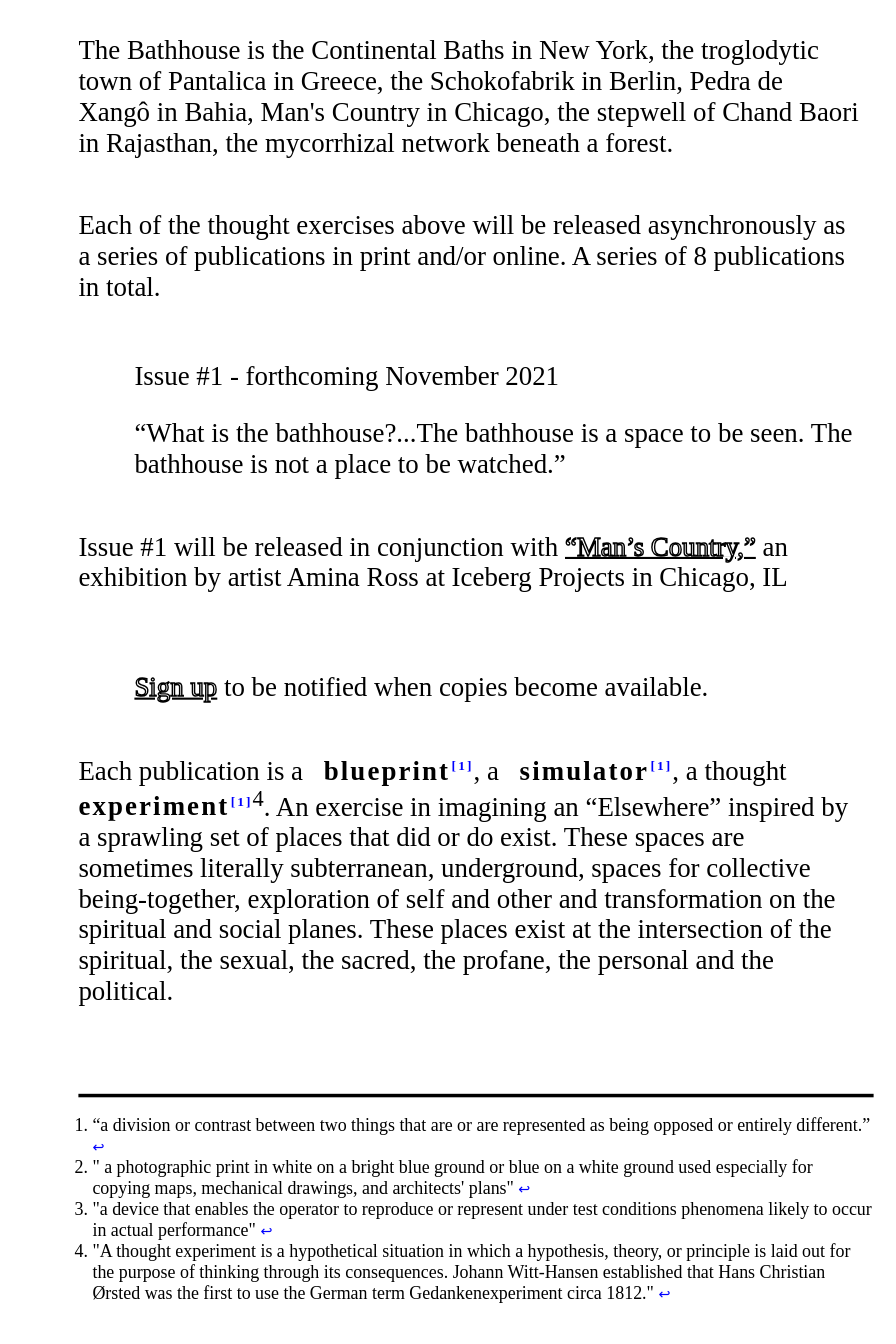
Repository: ayoungblood2/bathhouse.online
Page: index.html
An editor plug-in stored every save of this project. The page is shown before and after the next save, followed by the edit.
The browser window is 1280 px wide. The pictures show the part of the page from y = 2602 to 4522 px (the page is 4522 px tall before and 4470 px after), at 70% of full size.
An inner scrolling area shows only its first screen. Backgrounds fixed to the window are drawn as part of the page. Some web fonts or font styles are not loaded; a fallback is used.

Above is the page before, as saved 2021-10-16 17:42:56.
Not found: js/layout_main.js
Not found: js/three_main.js
Not found: style.css

After the next save:
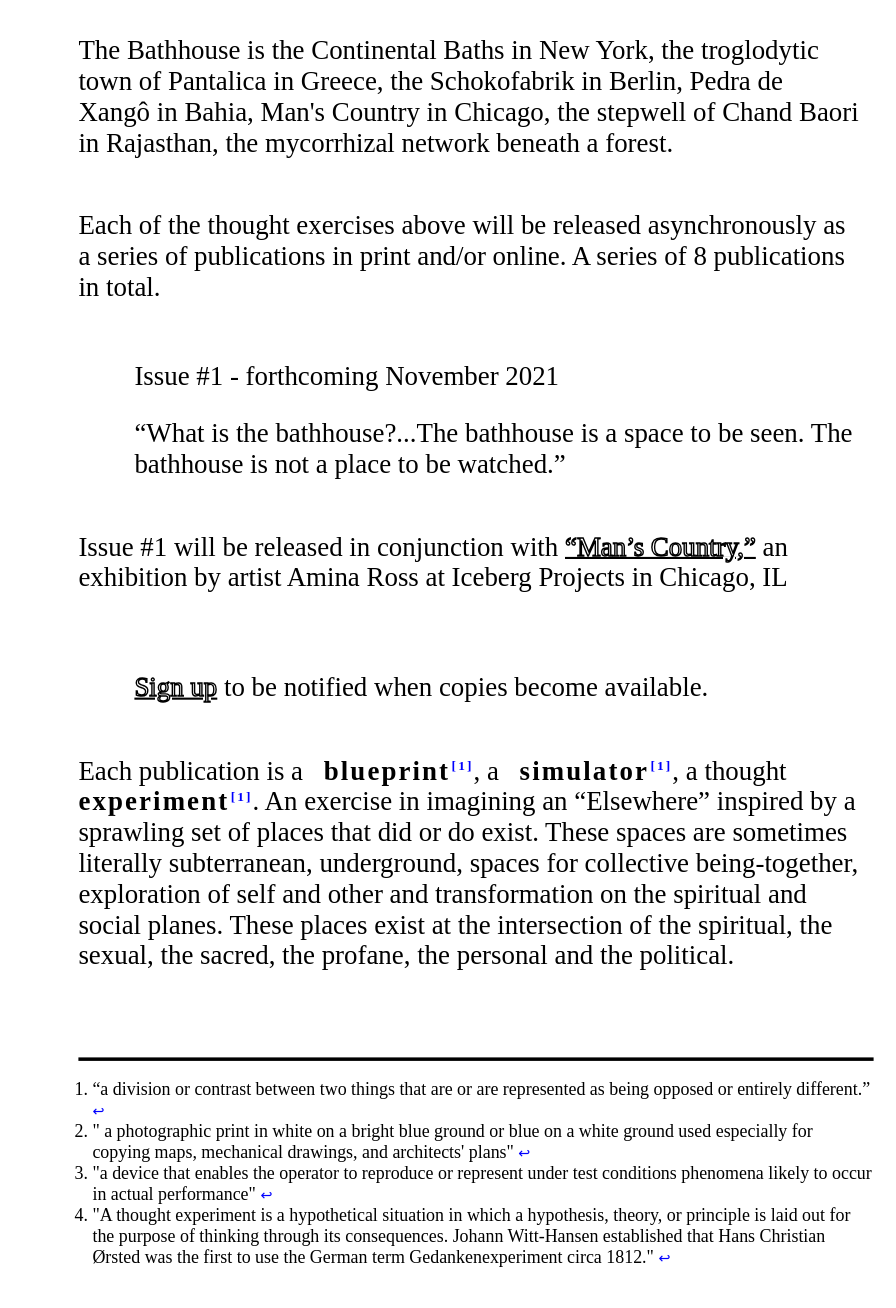
Saved 94 s later.
--- a/index.html
+++ b/index.html
@@ -339,7 +339,7 @@
                         style="letter-spacing: 3px;"><a href="#css-counters" aria-describedby="footnote-label"
                             id="css-counters-ref">simulator</a></span>, a thought <span style="letter-spacing: 3px;"><a
                             href="#css-counters-2" aria-describedby="footnote-label"
-                            id="css-counters-ref-2">experiment</a></span><sup>4</sup>. An exercise in imagining an
+                            id="css-counters-ref-2">experiment</a></span>. An exercise in imagining an
                     “Elsewhere” inspired by a sprawling set of places that did or do exist. These spaces are sometimes
                     literally subterranean, underground, spaces for collective being-together, exploration of self and
                     other and transformation on the spiritual and social planes. These places exist at the intersection
